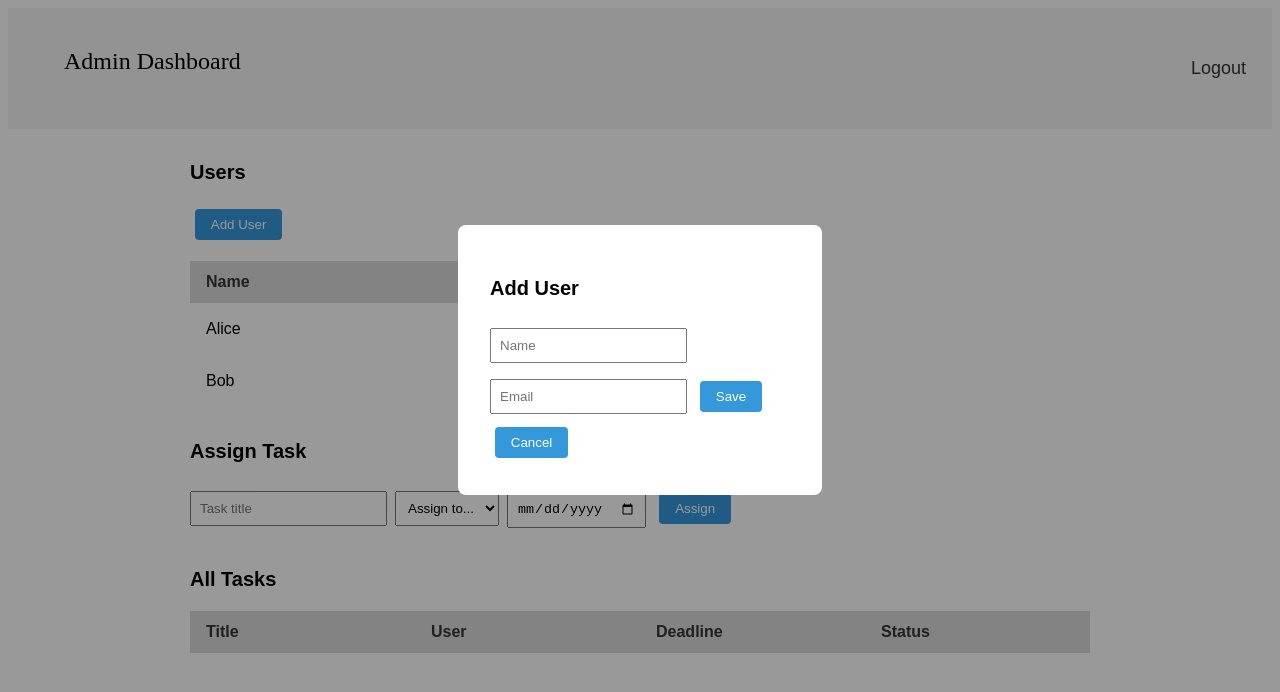
Repository: Edmund-Kiama/todoPHP
Page: /admin (app in task-manager-frontend/), after clicking the first element matching `section.section > button`
An editor plug-in stored every save of this project. The page is shown before and after the next save, followed by the edit.
The browser window is 1280 px wide. The pictures show the whole page.
The project was rebuilt for these pictures with package versions that can differ from the ones it lists, and the page was loaded fresh each time. Also part of the build but not shown: task-manager-frontend/vite.config.js, task-manager-frontend/src/components/Login/login.css, task-manager-frontend/src/components/Login/Login.vue, task-manager-frontend/src/components/User/UserDashboard.vue.

Above is the page before, as saved 2025-07-12 21:30:29.

After the next save:
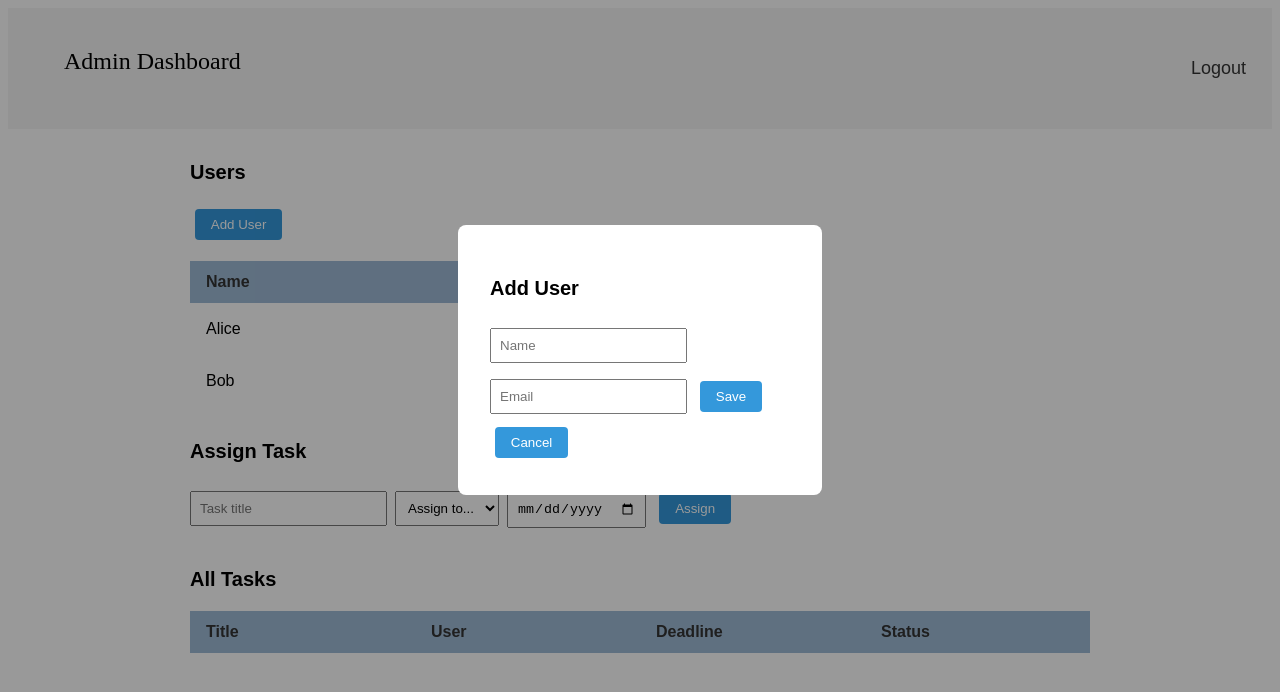
Saved 8 s later.
--- a/task-manager-frontend/src/components/Admin/admin.css
+++ b/task-manager-frontend/src/components/Admin/admin.css
@@ -25,9 +25,7 @@
   font-family: sans-serif;
   border: none; /* remove outer border */
 }
-.admin-dashboard th {
-  background-color: #9ebad5;
-}
+
 .admin-dashboard th,
 .admin-dashboard td {
   padding: 0.75rem 1rem;
@@ -38,7 +36,7 @@
 }
 
 .admin-dashboard th {
-  background-color: #dadada;
+  background-color: #9ebad5;
   font-weight: bold;
   color: #333;
 }
